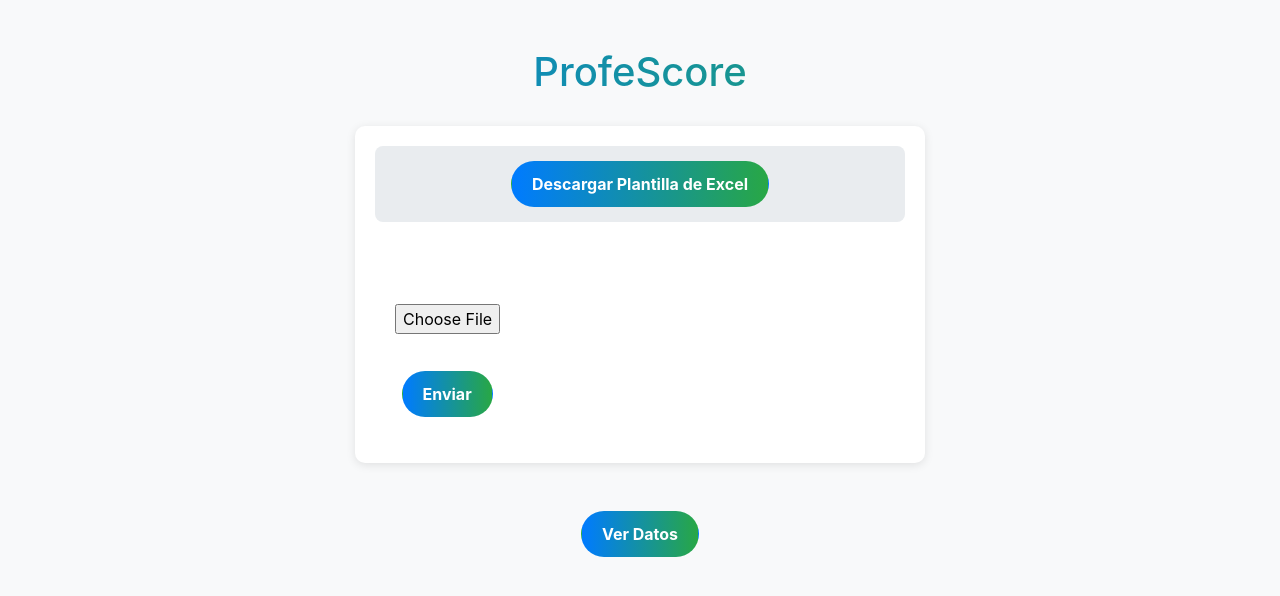
Repository: Sasonyera/ProfeScore
Page: http://localhost/index
An editor plug-in stored every save of this project. The page is shown before and after the next save, followed by the edit.
The browser window is 1280 px wide. The pictures show the whole page.
The page is this project's Thymeleaf template; nobody is signed in. The template is opened directly, without the code that normally fills it, so the values that code supplies are empty.

Above is the page before, as saved 2024-10-18 21:32:05.

After the next save:
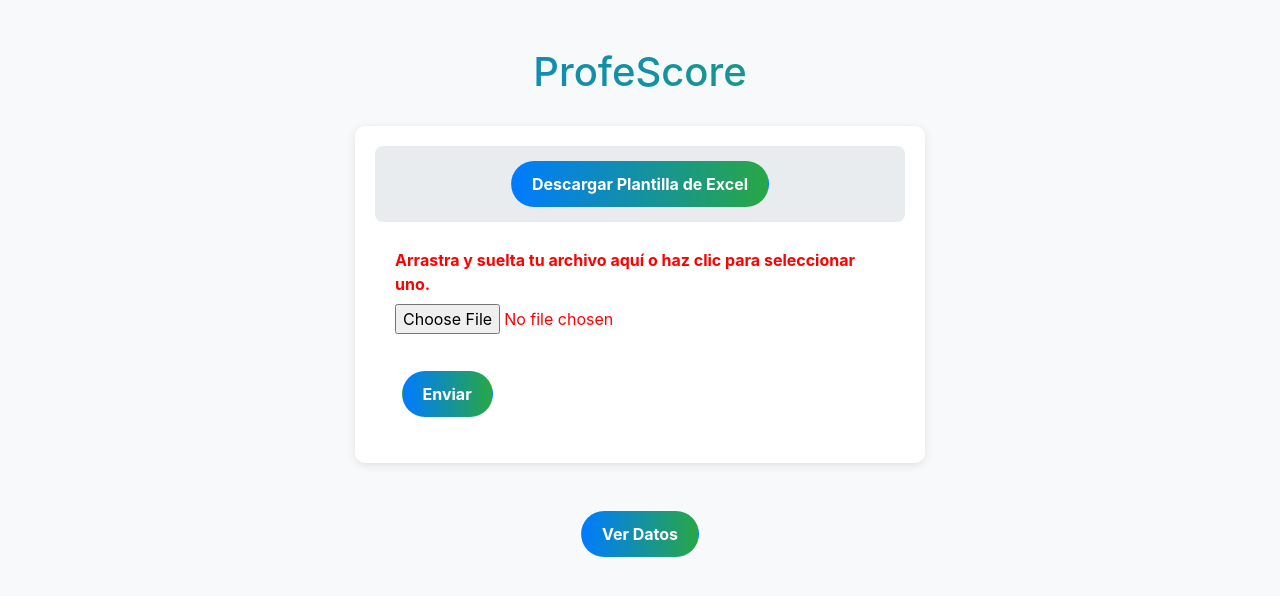
Saved 23 s later.
--- a/profescore/src/main/resources/static/styles.css
+++ b/profescore/src/main/resources/static/styles.css
@@ -38,7 +38,7 @@ body {
 }
 #fileDropArea{
 	background: transparent;
-	   color: white;
+	   color: rgb(255, 0, 0);
 	   font-weight: bold;
 	   border-radius: 20px;
 	   padding: 10px 20px;
